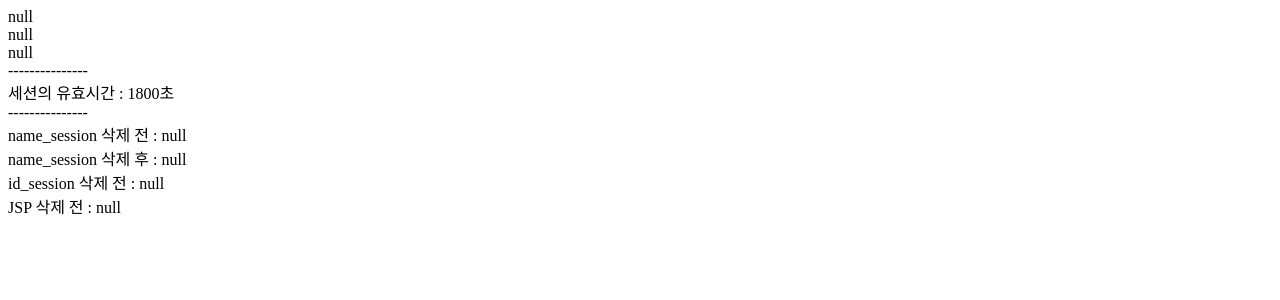
Repository: dev-leeJin/jsp-practice
Page: http://localhost/JSPBasic/JspObject/5.session/session_check.jsp
These files come from the project's save history. The page is drawn as it stood at one moment and after a run of saves; the edit follows.
The browser window is 1280 px wide. The pictures show the whole page.
The page is served by Tomcat 9.

Above is the page before, as saved 2022-02-08 01:40:40.

### JSPBasic/src/main/webapp/JspObject/5.session/session_check.jsp
<%@ page language="java" contentType="text/html; charset=UTF-8"
    pageEncoding="UTF-8"%>
<%
	/*
		- 세션에 저장된 데이터는 브라우저 창이 종료될 때까지, 혹은 세션의
		  유효시간이 만료되기 전까지 웹어플리케이션의 모든 JSP펭지에서 사용할 수 있습니다.

		- 세션에 저장된 데이터를 가져오려면 session 객체의 getAttribute() 메서드를
		  사용하며, 매개값으로 가져올 데이터의 세션 이름을 적어줍니다.
	*/
	String userId = (String)session.getAttribute("id_session");
	out.println(userId + "<br/>");
	// 나머지 세션도 화면에 다 표시해보세요.
	String userName = (String)session.getAttribute("name_session");
	out.println(userName + "<br/>");
	String JSP = (String)session.getAttribute("JSP");
	out.println(JSP + "<br/>");
	out.println("---------------"+"<br/>");

	// 세션의 유효시간은 아래의 메소드를 사용합니다.
	// 기본 시간은 30분으로 세팅되어있고(디폴트) 바꾼다면 초단위로 바꿀 수 있습니다.
	session.setMaxInactiveInterval(1800);
	// getMaxInactiveInterval()로 남은 시간 조회 가능
	int sTime = session.getMaxInactiveInterval();
	out.println("세션의 유효시간 : "+ sTime + "초<br/>");
	out.println("---------------"+"<br/>");

	// 특정 세션 데이터만 삭제하기
	userName = (String)session.getAttribute("name_session");
	out.println("name_session 삭제 전 : " + userName + "<br/>");

	// 특정한 세션만 삭제시는 .removeAttribute("세션이름"); 을 이용해 삭제합니다.
	// name_session 삭제 후 삭제가 잘 되었는지 화면에 찍어서 확인까지 해 보세요.
	session.removeAttribute("name_session");

	userName = (String)session.getAttribute("name_session");
	out.println("name_session 삭제 후 : " + userName + "<br/>");

	// 세션 일괄적으로 삭제하기
	userId = (String)session.getAttribute("id_session");
	JSP = (String)session.getAttribute("JSP");
	out.println("id_session 삭제 전 : " + userId + "<br/>");
	out.println("JSP 삭제 전 : " + JSP + "<br/>");

	// 세션 전체적으로 다 삭제
	session.invalidate();

	// 삭제가 완료된 다음 다시 위의 조회했던 세션 2개를 확인



%>

<!DOCTYPE html>
<html>
<head>
<meta charset="UTF-8">
<title>Insert title here</title>
</head>
<body>

</body>
</html>

After the next 2 saves:
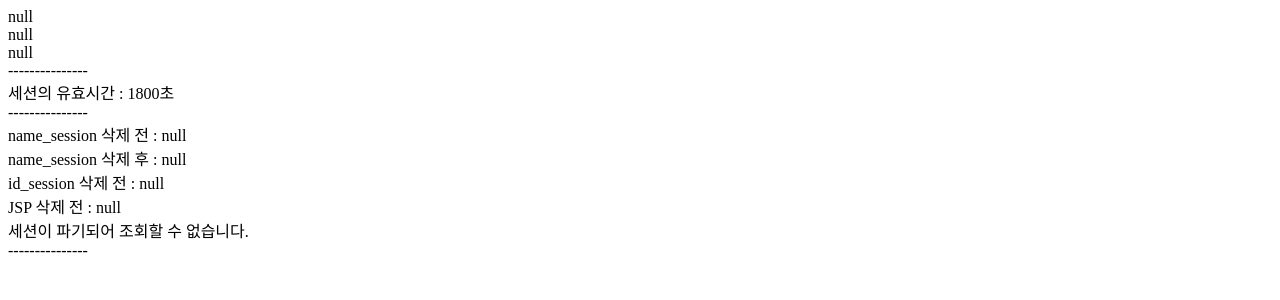
The 2 saves are shown as one change because 1 did not build or start.
The last was saved 25 min 45 s later.
--- a/JSPBasic/src/main/webapp/JspObject/5.session/session_check.jsp
+++ b/JSPBasic/src/main/webapp/JspObject/5.session/session_check.jsp
@@ -45,8 +45,14 @@
 	// 세션 전체적으로 다 삭제
 	session.invalidate();
 
-	// 삭제가 완료된 다음 다시 위의 조회했던 세션 2개를 확인
-
+	// 유효 세션 존재 여부 확인하기
+	// request.isRequestedSessionIdValid()
+	if(request.isRequestedSessionIdValid()){
+		out.println("유효한 세션 존재");
+	}else{
+		out.println("세션이 파기되어 조회할 수 없습니다. <br/>");
+	}
+	out.println("---------------"+"<br/>");
 
 
 %>
